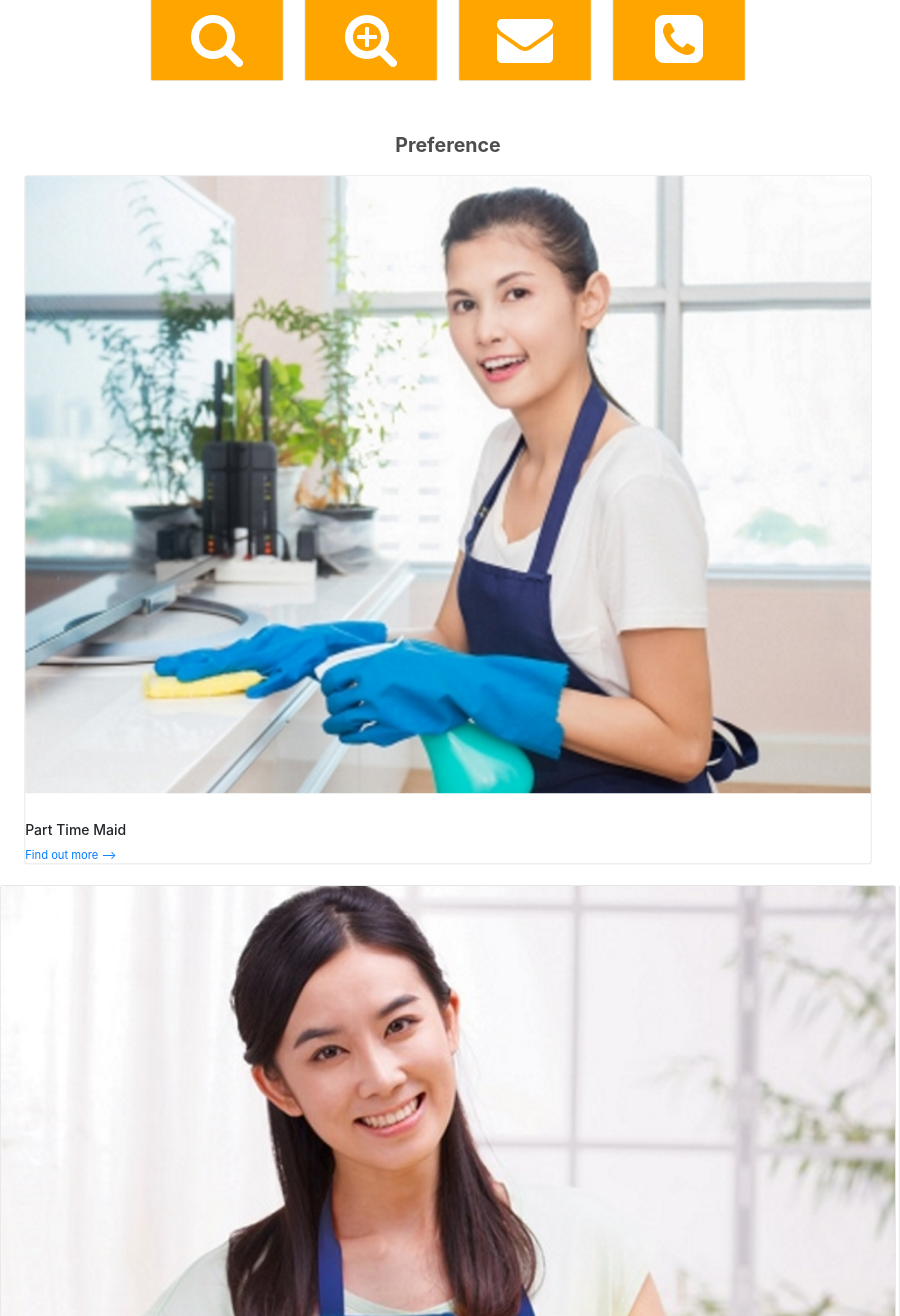
Repository: Code-Institute-Submissions/Project-1---Online-Maid
Page: index.html
The author's editor kept a record of every edit. The page is drawn from the files as they stood at one moment, then again after the next edit.
The browser window is 1280 px wide. The page is 1285 px wide, so the pictures cover 1285 px, including what lies to the right of the window. The pictures show the part of the page from y = 872 to 2752 px (the page is 5329 px tall before and 3842 px after), at 70% of full size.
Some web libraries are served in a nearby version.

Above is the page before.

After the next edit:
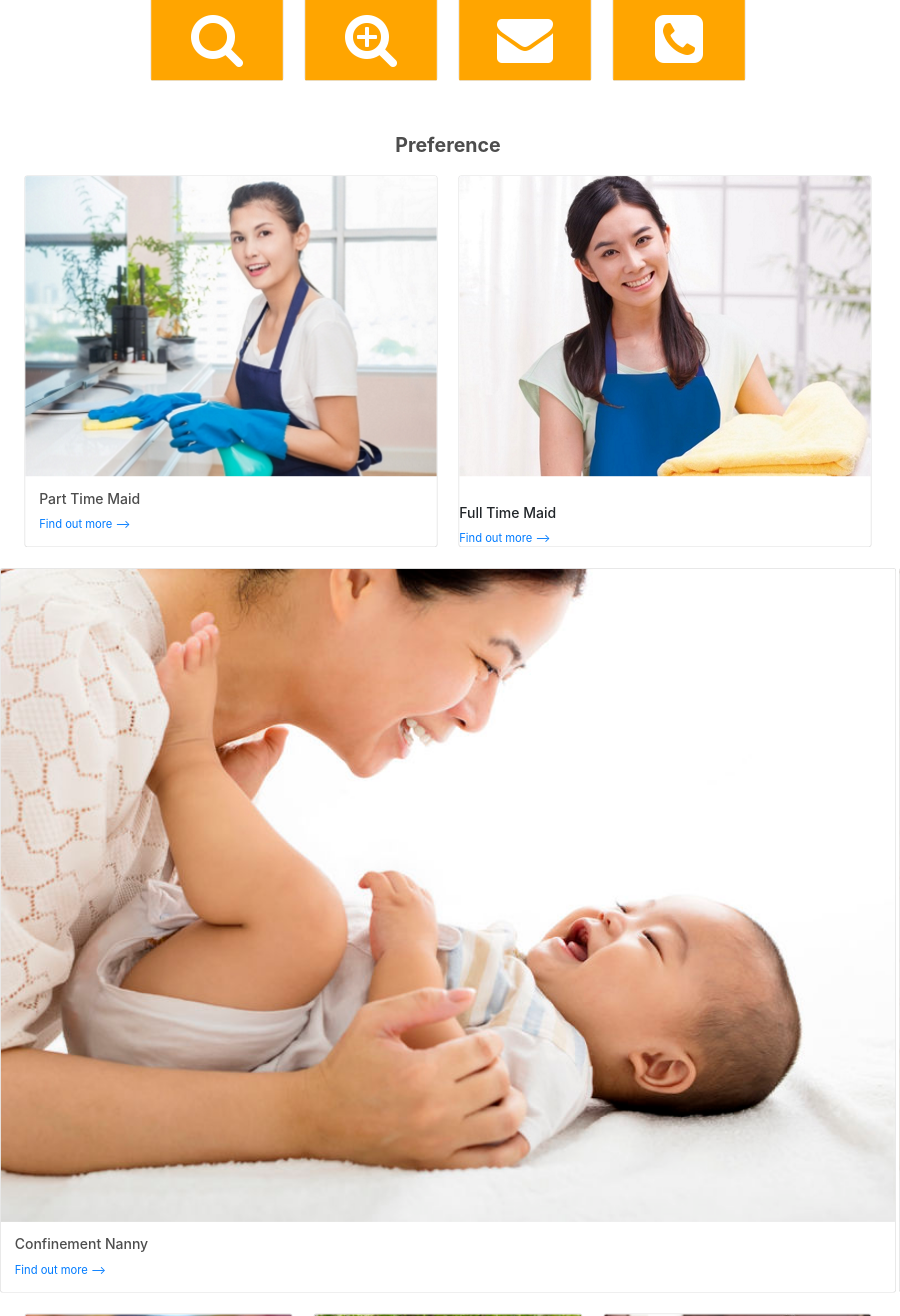
The edit:
--- a/index.html
+++ b/index.html
@@ -131,7 +131,7 @@
     <div class="card-deck six-choices">
       <div class="card">
         <img class="card-img-top" src="images/partTime1.jpg" alt="Card image cap">
-        <div class="card-body maid-experience"></div>
+        <div class="card-body maid-experience">
           <h5 class="card-title">Part Time Maid</h5>
           <a href="searchMaid.html" class="find-out-more">Find out more --></a>
         </div>
